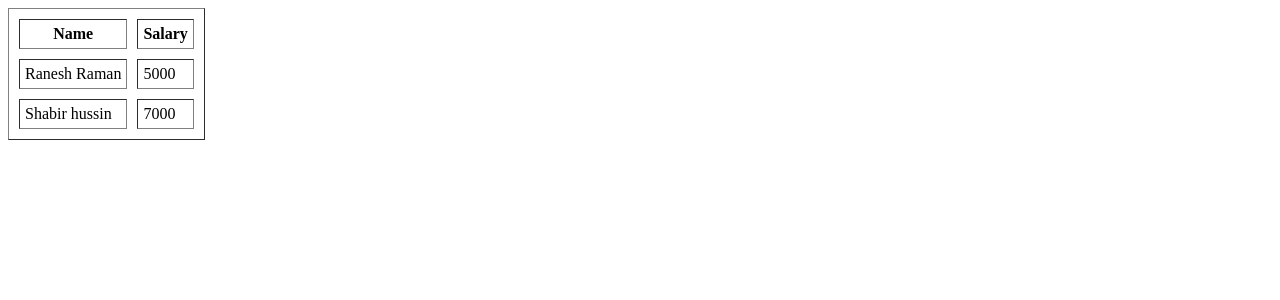
Repository: wakoya-tech/Node.js
Page: Desktop/Node-js/okey.html
An editor plug-in stored every save of this project. The page is shown before and after the next save, followed by the edit.
The browser window is 1280 px wide. The pictures show the whole page.

Above is the page before, as saved 2025-11-13 11:19:14.

### Desktop/Node-js/okey.html
<!DOCTYPE html>
<html lang="en">
<head>
    <meta charset="UTF-8">
    <meta name="viewport" content="width=device-width, initial-scale=1.0">
    <title>Document</title>
</head>
<body>
<table border="1" cellpadding="5"cellspacing="10">
    <tr>
        <th>Name</th><th>Salary</th>
    </tr>
    <tr>
    <td>Ranesh Raman</td><td>5000</td>
    </tr>
    <tr>
        <td>Shabir hussin</td><td>7000</td>
        </tr>
</table>
</body>
</html>

After the next save:
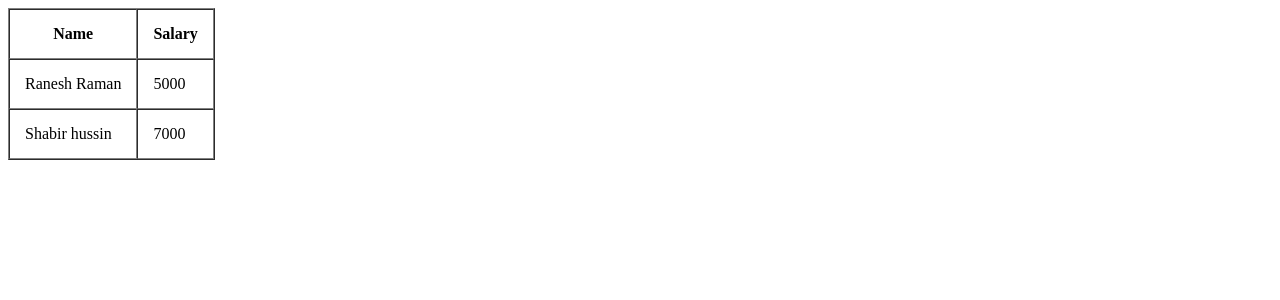
Saved 11 s later.
--- a/Desktop/Node-js/okey.html
+++ b/Desktop/Node-js/okey.html
@@ -6,7 +6,7 @@
     <title>Document</title>
 </head>
 <body>
-<table border="1" cellpadding="5"cellspacing="10">
+<table border="1" cellpadding="15"cellspacing="0">
     <tr>
         <th>Name</th><th>Salary</th>
     </tr>
